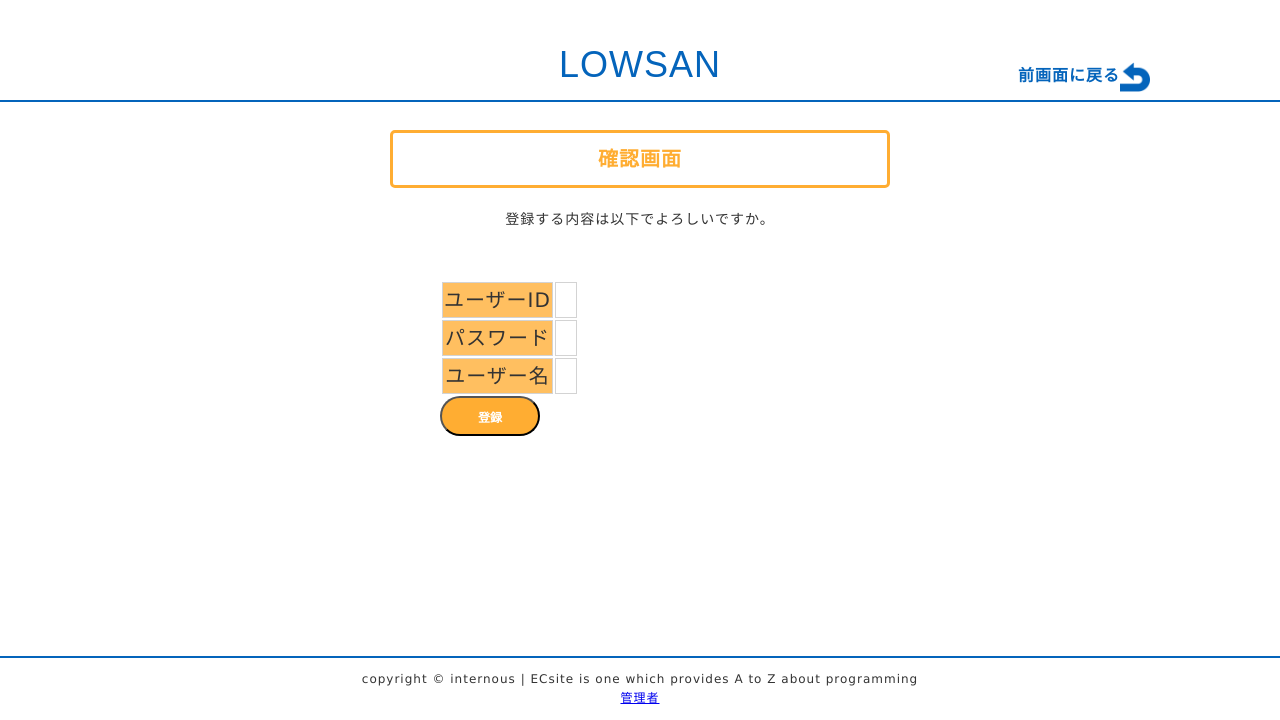
Repository: nishimura0212/myECsite
Page: http://localhost/ecsite/userCreateConfirm.jsp
These files come from the project's save history. The page is drawn as it stood at one moment and after the next save; the edit follows.
The browser window is 1280 px wide. The pictures show the whole page.
The page is served by Tomcat 9. Other server files are loaded and not shown.

Above is the page before, as saved 2019-01-19 10:00:12.

### ecsite/WebContent/userCreateConfirm.jsp
<%@ page language="java" contentType="text/html; charset=UTF-8"
    pageEncoding="UTF-8"%>
<%@ taglib prefix="s" uri="/struts-tags" %>
<!DOCTYPE html>
<html>
<head>
<meta http-equiv="Content-Type" content="text/html; charset=UTF-8"/>
<meta http-equiv="Content-Script-Type" content="text/javascript"/>
<meta http-equiv="imagetoolbar" content="no"/>
<meta name="description" content=""/>
<meta name="keywords" content=""/>
<title>確認画面</title>
<link rel="stylesheet" type="text/css" href="css/style.css">
</head>
<body>
	<div id="header">
		<p>LOWSAN</p>
		<div id="header-icon">
			<ul>
				<li class="icon">
					<a href="UserCreateAction">
					前画面に戻る<img src="./img/icon/back.png" width="30px" height="30px">
					</a>
				</li>
			</ul>
		</div>
	</div>
	<div id="main">
		<div id="top">
			<p>確認画面</p>
		</div>
		<div>
			<div class="comment">登録する内容は以下でよろしいですか。</div>
			<div class="center">
			<div class="right">
				<s:form action="UserCreateCompleteAction">
					<table>
						<tr>
							<td class="td-left"><label>ユーザーID</label></td>
							<td class="td-right"><s:property value="loginUserId" escape="false" /></td>
						</tr>
						<tr>
							<td class="td-left"><label>パスワード</label></td>
							<td class="td-right"><s:property value="loginPassword" escape="false" /></td>
						</tr>
						<tr>
							<td class="td-left"><label>ユーザー名</label></td>
							<td class="td-right"><s:property value="userName" escape="false" /></td>
						</tr>
					</table>
					<div>
						<input type="button" value="登録" class="single_btn" />
					</div>
				</s:form>
			</div>
			</div>
		</div>
	</div>
	<div id="footer">
		<p>copyright &copy; internous | ECsite is one which provides A to Z about programming<br/>
		<a href = '<s:url action="AdminAction"/>'>管理者</a></p>
	</div>

</body>
</html>

### ecsite/WebContent/css/style.css
@CHARSET "UTF-8";

/* bodyレイアウト */
body{
	margin: 0;
	padding: 0;
	height: 100%;
	height: auto;
	line-height: 1.6;
	letter-spacing: 1px;
	font-family: Verdana,Helvetica,sans-serif;
	font-size: 12px;
	color: #333;
	background: #fff;
}

/* headerレイアウト */
#header{
	position: fixed;
	left: 0;
	top: 0;
	z-index: 2;
	width: 100%;
	height: 100px;
	text-align: center;
	background-color: #fff;
	border-bottom: 2px solid #0464bb;
}
#header p{
	color: #0464bb;
	font-family: "メイリオ",sans-serif;
	font-size: 36px;
}
#header-icon{
	position: absolute;
	top: 50px;
	right: 100px;
}
#header-icon .icon{
	float: left;
	margin: 0 auto;
	margin-right: 30px;
	list-style-type: none;
	font-size: 16px;
	font-weight: bold;
}
#header-icon .icon img{
	clear: both;
	vertical-align: middle;
}
#header-icon .icon a{
	color: #0464bb;
	text-decoration:none;
}
.icon:hover{
	cursor: pointer;
}

/* mainレイアウト */
#main{
	position: relative;
	top: 110px;
	width: 100%;
	padding-bottom: 60px;
}

.waku{
	margin-top: 50px;
}

/* 見出しレイアウト */
#top{
	width: 500px;
	margin: 0px auto;
	margin-top: 10px;
	text-align: center;
}
#top p{
	font-size: 20px;
	font-weight: bold;
	border: 3px solid #FFAD32;
	border-radius: 5px;
	color: #FFAD32;
	background-color: #fff;
	padding: 10px 0px;
}

/* tableレイアウト */
.table{
	margin: 0 auto;
	width: 800px;
	font-size: 24px;
	padding: 40px 30px 50px 20px;
	background-color: #FFFDEB;
	color: #FFAD32;
	border-radius: 10px;
}

/* ログイン画面 */
.textarea{
	width: 100%;
	height: 30px;
	font-size: 22px;
	padding-left: 1%;
	border-radius: 15px;
}
input[type="text"]:focus {
	border: 2px solid #FFD493;
	outline: 0;
}
input[type="password"]:focus {
	border: 2px solid #FFD493;
	outline: 0;
}
.error{
	margin: 0 auto;
	width: 500px;
	text-align: center;
}
.error p{
	color: #FF5151;
	font-size: 14px;
}
.single{
	margin-top: 20px;
	text-align: center;
	padding: 20px;
}
.single_btn{
	width: 100px;
	height: 40px;
	padding: 5px;
	background-color: #FFAD32;
	font-size: 12px;
	font-weight: bold;
	color: white;
	border-color: none;
	border-radius: 20px;
}
.single_btn:hover{
	background-color: #F99500;
	cursor: pointer;
}

/* 会員画面 */
.comment{
	text-align: center;
	font-size: 14px;
}
.main-text{
	text-align: center;
	margin-top: 10px;
}
.userButton{
	margin-top: 20px;
	width: 300px;
	height: 100px;
	color: #FFFDEB;
	font-size: 24px;
	background-color: #FFAD32;
	border-radius: 20px;
}
.userButton:hover{
	cursor: pointer;
	background-color: #F99500;
}

/* カテゴリ選択画面 */
.categoryBox{
	margin: 0 auto;
	margin-top: 30px;
	width: 600px;
	text-align: center;
}
.category{
	margin: 0 auto;
	display: inline-block;
	text-align: center;
}
.categoryCircle{
	margin: 0 auto;
	float: left;
}
.circle{
	width: 200px;
	height: 200px;
	margin: 0px 20px 10px 20px;
	border-radius: 50%;
	font-size: 30px;
	border: 5px solid #FFBF60;
	background-color: #FFFDEB;
}
.circle:hover{
	background-color: #FFBF60;
	color: #FFFDEB;
	border: none;
	cursor: pointer;
}
#empty{
	clear: both;
}

/* 商品選択画面 */
.item-wrap{
	width: 700px;
	margin: 30px auto;
	height: 100%;
	padding-bottom: 60px;
}
.itemBox{
	width: 300px;
	height: 250px;
	text-align: center;
	border: 2px dotted gray;
	margin: 20px 20px 20px 20px;
	background-color: #f9fcb6;
}
.itemBox img{
	width: 250px;
	height: 250px;
}
.itemName{
	margin: 0;
	font-size: 15px;
}
.flex-container{
	display: inline-flex;
}

/* 商品購入画面 */
.containerA{
	margin: 0 auto;
	margin-top: 20px;
	margin-right: 50px;
	text-align: center;
}
.left{
	width: 300px;
	height: 300px;
}
.left img{
	width: 100%;
}
.right{
	height: 300px;
	font-size: 20px;
	margin-top: 30px;
	border-collapse: collapse;
}
.td-left{
	text-align: center;
	background-color: #FFBF60;
	border: 1px solid lightgray;
}
.td-right{
	text-align: left;
	padding: 0px 10px;
	border: 1px solid lightgray;
}
.td-submit{
	background-color: #fff;
}
.select{
	width: 50px;
	font-size: 20px;
}
.select:hover{
	cursor: pointer;
}
.block{
	width: 100px;
	display: block;
}

/* 商品購入確認画面 */
.containerB{
	margin: 0 auto;
	margin-left: 150px;
	text-align: center;
}
.button{
	position: relative;
	top: 350px;
	right: 210px;
}
.gray_btn{
	width: 100px;
	height: 40px;
	padding: 5px;
	background-color: #808080;
	font-size: 12px;
	font-weight: bold;
	color: white;
	border-color: none;
	border-radius: 20px;
}
.gray_btn:hover{
	background-color: #666666;
	cursor: pointer;
}

/* 商品購入完了画面 */
.center{
	width: 400px;
	margin: 0 auto;
	margin-top: 50px;
}
.comment p{
	height: 50px;
	line-height: 50px;
	font-size: 16px;
	border: 2px solid gray;
	border-radius: 5px;
}

/* 商品購入履歴画面 */
.history-table{
	margin:0 auto;
	font-size: 16px;
	border-collapse: collapse;
	border: 1px solid lightgray;
	text-align: center;
}
.history-table th{
	border: 1px solid lightgray;
}
.history-table td,.td-img{
	border: 1px solid lightgray;
}
.history-table tr:first-child{
	background-color: #FFBF60;
}
.td-img img{
	width: 100px;
	height: 100px;
}

/* 商品購入画面 */
.pay-method{
	text-align: center;
	font-size: 14px;
}
.pay-method h4{
	margin: 0 auto;
	margin-top: 20px;
	width: 300px;
	border: 2px solid #FFAD32;
	border-radius: 5px;
}

/* 新規会員登録確認画面 */
.center-new{
	margin: 0 auto;
	margin-top: 20px;
	width: 300px;
}



.buy-item-button{
	margin: 20px;
	width: 100px;
	height: 50px;
	background-color: #eee;
	border-radius: 20%;
}
.buy-item-button:hover{
	cursor: pointer;
	background-color: #f9fcb6;
}
.pointer:hover{
	cursor: pointer;
}
.button1{
	margin: 0 20px auto;
	float: left;
}
.submit{
	width: 300px;
	height: 400px;
	border-radius: 10%;
	background-color: #f8f8f8;
	font-size: 30px;
}
.submit:hover{
	box-shadow: none;
	background-color: #ffff80;
	cursor: pointer;
}
#text-link{
	display: inline-block;
	text-align: right;
}
#text-right{
	display: inline-block;
	text-align: right;
}
.text-right{
	display: inline-block;
	margin-left: 4%;
}
#wrap{
	margin: 0 40% auto;
}
#left{
	float: left;
	width: 50%;
}
#right{
	float: left;
	width: 50%;
}
.text-center{
	display: inline-block;
	text-align: center;
}
#text{
	clear: left;
	padding-top: 20px;
	width: 780px;
	margin: 30px auto;
}
.text{
	text-align: center;
}
#list{
	border: 2px dotted gray;
	width: 500px;
	height: 100px;
	background-color: lightyellow;
	margin: 30px auto;
}
#list ul li{
	display: inline-block;
	list-style-type: none;
	margin-right: 2em;
}
#button{
	display: inline-block;
	text-align: center;
}
#empty{
	clear: both;
}
.button{
	margin: 0 auto;
	float: left;
	margin-right: 10px;
}
.button:hover{
	cursor: pointer;
}
.category_button{
	margin: 0 auto;
	float: left;
}
.item{
	width: 200px;
	height: 200px;
	margin: 0px 20px 10px 20px;
	border-radius: 50%;
	font-size: 30px;
}





/* footerレイアウト */
#footer{
	clear: both;
	position: fixed;
	left: 0;
	bottom: 0;
	z-index: 2;
	width: 100%;
	background-color: #fff;
	border-top: 2px solid #0464bb;
}
#footer p{
	text-align: center;
}

After the next save:
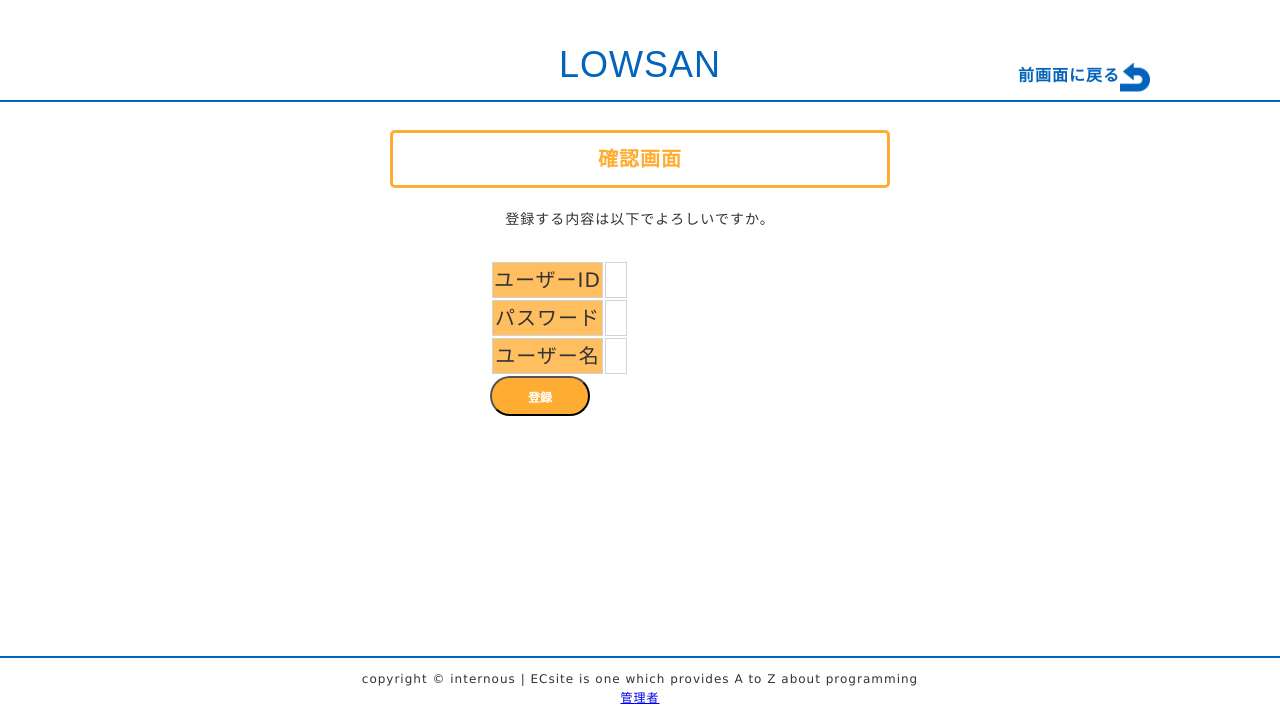
Saved 5 s later.
--- a/ecsite/WebContent/userCreateConfirm.jsp
+++ b/ecsite/WebContent/userCreateConfirm.jsp
@@ -31,7 +31,7 @@
 		</div>
 		<div>
 			<div class="comment">登録する内容は以下でよろしいですか。</div>
-			<div class="center">
+			<div class="center-new">
 			<div class="right">
 				<s:form action="UserCreateCompleteAction">
 					<table>
